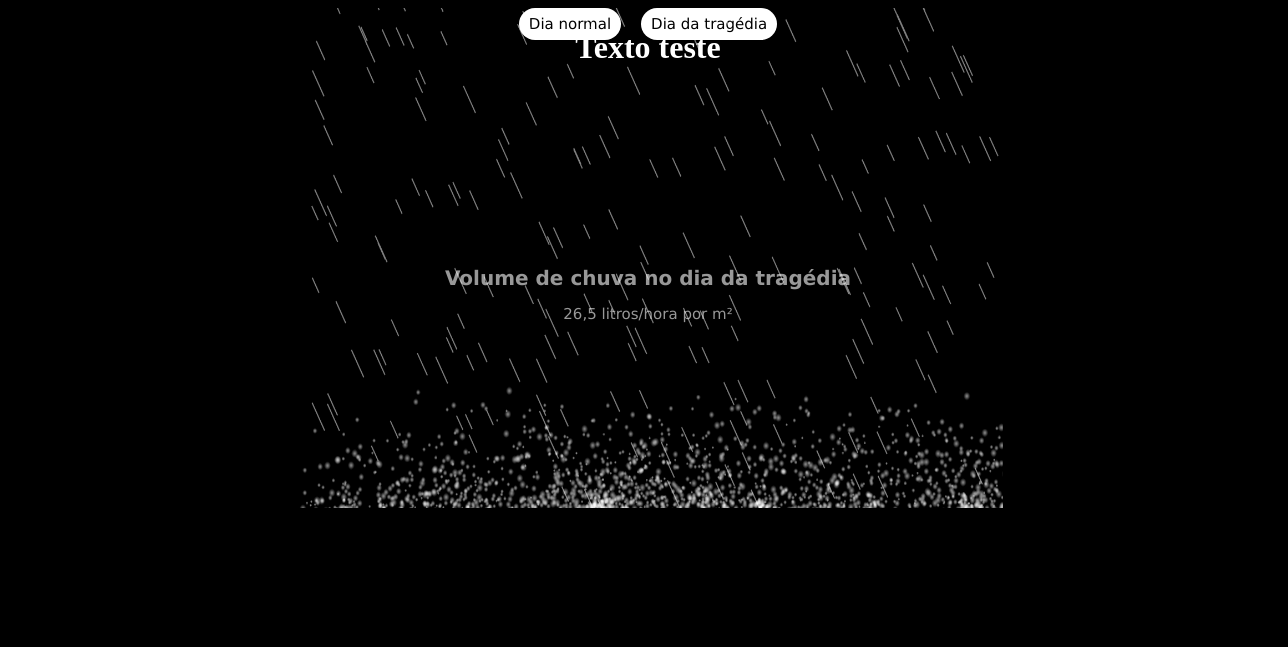
Repository: lucasthaynan/chuvas-estadao
Page: index.html
The author's editor kept a copy of each file at every save. The page is drawn from the files as they stood at one save, then again after the next save.
The browser window is 1280 px wide. The page is 1288 px wide, so the pictures cover 1288 px, including what lies to the right of the window. The pictures show the whole page.

Above is the page before, as saved 2023-02-24 10:55:44.
Console error: ReferenceError: dat is not defined

### index.html
<!DOCTYPE html>
<html lang="en">
<head>
    <meta charset="UTF-8">
    <meta http-equiv="X-UA-Compatible" content="IE=edge">
    <meta name="viewport" content="width=device-width, initial-scale=1.0">
    <link rel="stylesheet" href="./style.css">
    <title>Document</title>
</head>
<body>



    <div id="instructions"></div>
        <div>
            <h1>Texto teste</h1>
            <div class="btns">
                <div class="btn-nornal">
                    <p>Dia normal</p>
                </div>
                <div class="btn-tragedia">
                    <p>Dia da tragédia</p>
                </div>
            </div>
        </div>
        <canvas id="canvas">Canvas is not supported in your browser

        </canvas>

    <div class="text">
        <p>Volume de chuva no dia da tragédia</p>
        <p class="desc">26,5 litros/hora por m²</p>
    </div>


    <script src="./main.js"></script>
</body>
</html>

### style.css
/* html {
	position: absolute;
	width: 100%;
	height: 100%;
} */

body {
    background: -moz-linear-gradient(top,  rgb(0, 0, 0) 0%, rgb(0, 0, 0) 100%); /* FF3.6-15 */
    background: linear-gradient(to bottom,  rgb(0, 0, 0) 0%,rgba(0, 0, 0, 0.93) 100%);
    background: -webkit-linear-gradient(top,  rgb(0, 0, 0) 0%,rgb(0, 0, 0) 100%); /* Chrome10-25,Safari5.1-6 */
    /* background: linear-gradient(to bottom,  rgba(8,13,40,1) 0%,rgba(38,19,0,1) 100%); W3C, IE10+, FF16+, Chrome26+, Opera12+, Safari7+ */

    display: flex;
    flex-direction: column;

    width: 710px;
    height: 500px;

    position: relative;
    width: 100%;

}

canvas {
    width: 710px;
    height: 500px;

    left: 50%;

    position: absolute;
    transform: translateX(-50%);

}

#instructions {
	opacity: 1;
	transition: opacity 2s;
	background-repeat: no-repeat;
	background-position: center center;
	background-size: contain;
	/* background-image: url(data:[embedded picture, 1818 characters]);
	 */

    width: 710px;
    height: 500px;

    left: 50%;

    position: absolute;
    transform: translateX(-50%);

	@media (max-height: 400px) {
		display: none;
	}


}


.text {
    display: flex;
    justify-content: center;
    width: 100vw;
    height: 100%;
    /* align-content: center; */
    align-items: center;
    flex-direction: column;
    flex-wrap: nowrap;
    gap: 15px;
}

p {
    margin: 0;
    font-weight: 800;
    color: #989898;
    font-size: 20px;
    font-family:'Lucida Sans', 'Lucida Sans Regular', 'Lucida Grande', 'Lucida Sans Unicode', Geneva, Verdana, sans-serif;
}

p.desc {
    font-size: 15px;
    font-weight: 500;
}

div.btns {
    display: flex;
    flex-direction: row;
    align-items: center;
    justify-content: center;
    gap: 20px;
    padding-bottom: 40px;
}

div.btns > div {
    background-color: #ffffff;
    padding: 7px 10px;
    border-radius: 999px;
}

div.btns > div p {
    font-size: 15px;
    font-weight: 400;
    color: #000000;
}

h1 {
    color: #ffffff;
    left: 50%;

    position: absolute;
    transform: translateX(-50%);
}

### main.js
// Falling rain simulation using 2D canvas
// - vanilla JS, no frameworks
// - framerate independent physics
// - slow-mo / fast-forward support via demo.speed
// - supports high-DPI screens
// - falling rain particles are drawn as vector lines
// - splash particles are lazily pre-rendered so gradients aren't computed each frame
// - all particles make use of object pooling to further boost performance

// initialize
document.addEventListener("DOMContentLoaded", function() {
	demo.init();
	window.addEventListener('resize', demo.resize);
});

// demo namespace
var demo = {
	// CUSTOMIZABLE PROPERTIES
	// - physics speed multiplier: allows slowing down or speeding up simulation
	speed: 1,
	// - color of particles
	color: {
		r: '255',
		g: '255',
		b: '255',
		a: '0.5'
	},

	// END CUSTOMIZATION
	// whether demo is running
	started: false,
	// canvas and associated context references
	canvas: null,
	ctx: null,
	// viewport dimensions (DIPs)
	width: 0,
	height: 0,
	// devicePixelRatio alias (should only be used for rendering, physics shouldn't care)
	dpr: window.devicePixelRatio || 1,
	// time since last drop
	drop_time: 0,
	// ideal time between drops (changed with mouse/finger)
    drop_delay: 2.5,
	// drop_delay: 156,
	// wind applied to rain (changed with mouse/finger)
    wind: 15,
	// wind: 5,
	// color of rain (set in init)
	rain_color: null,
	rain_color_clear: null,
	// rain particles
	rain: [],
	rain_pool: [],
	// rain droplet (splash) particles
	drops: [],
	drop_pool: []
};

// demo initialization (should only run once)
demo.init = function() {
	if (!demo.started) {
		demo.started = true;
		demo.canvas = document.getElementById('canvas');
		demo.ctx = demo.canvas.getContext('2d');
		var c = demo.color;
		demo.rain_color = 'rgba(' + c.r + ',' + c.g + ',' + c.b + ',' + c.a + ')';
		demo.rain_color_clear = 'rgba(' + c.r + ',' + c.g + ',' + c.b + ',0)';
		demo.resize();
		Ticker.addListener(demo.step);

		//
		const gui = new dat.GUI();
		gui.add(demo, 'speed', 0.2, 2);

		// fade out instructions after a few seconds
		var instructions = document.getElementById('instructions');
		setTimeout(function() {
			instructions.style.opacity = 0;
			setTimeout(function(){
				instructions.parentNode.removeChild(instructions);
			}, 2000);
		}, 4000);
	}
}

// (re)size canvas (clears all particles)
demo.resize = function() {
	// localize common references
	var rain = demo.rain;
	var drops = demo.drops;
	// recycle particles
	for (var i = rain.length - 1; i >= 0; i--) {
			rain.pop().recycle();
	}
	for (var i = drops.length - 1; i >= 0; i--) {
			drops.pop().recycle();
	}
	// resize
	demo.width = window.innerWidth;
	demo.height = window.innerHeight;
	demo.canvas.width = demo.width * demo.dpr;
	demo.canvas.height = demo.height * demo.dpr;
}

demo.step = function(time, lag) {
	// localize common references
	var demo = window.demo;
	var speed = demo.speed;
	var width = demo.width;
	var height = demo.height;
	var wind = demo.wind;
	var rain = demo.rain;
	var rain_pool = demo.rain_pool;
	var drops = demo.drops;
	var drop_pool = demo.drop_pool;

	// multiplier for physics
	var multiplier = speed * lag;

	// spawn drops
	demo.drop_time += time * speed;
	while (demo.drop_time > demo.drop_delay) {
		demo.drop_time -= demo.drop_delay;
		var new_rain = rain_pool.pop() || new Rain();
		new_rain.init();
		var wind_expand = Math.abs(height / new_rain.speed * wind); // expand spawn width as wind increases
		var spawn_x = Math.random() * (width + wind_expand);
		if (wind > 0) spawn_x -= wind_expand;
		new_rain.x = spawn_x;
		rain.push(new_rain);
	}

	// rain physics
	for (var i = rain.length - 1; i >= 0; i--) {
		var r = rain[i];
		r.y += r.speed * r.z * multiplier;
		r.x += r.z * wind * multiplier;
		// remove rain when out of view
		if (r.y > height) {
			// if rain reached bottom of view, show a splash
			r.splash();
		}
		// recycle rain
		if (r.y > height + Rain.height * r.z || (wind < 0 && r.x < wind) || (wind > 0 && r.x > width + wind)) {
			r.recycle();
			rain.splice(i, 1);
		}
	}

	// splash drop physics
	var drop_max_speed = Drop.max_speed;
	for (var i = drops.length - 1; i >= 0; i--) {
		var d = drops[i];
		d.x += d.speed_x * multiplier;
		d.y += d.speed_y * multiplier;
		// apply gravity - magic number 0.3 represents a faked gravity constant
		d.speed_y += 0.3 * multiplier;
		// apply wind (but scale back the force)
		d.speed_x += wind / 25 * multiplier;
		if (d.speed_x < -drop_max_speed) {
			d.speed_x = -drop_max_speed;
		}else if (d.speed_x > drop_max_speed) {
			d.speed_x = drop_max_speed;
		}
		// recycle
		if (d.y > height + d.radius) {
			d.recycle();
			drops.splice(i, 1);
		}
	}

	demo.draw();
}

demo.draw = function() {
	// localize common references
	var demo = window.demo;
	var width = demo.width;
	var height = demo.height;
	var dpr = demo.dpr;
	var rain = demo.rain;
	var drops = demo.drops;
	var ctx = demo.ctx;

	// start fresh
	ctx.clearRect(0, 0, width*dpr, height*dpr);

	// draw rain (trace all paths first, then stroke once)
	ctx.beginPath();
	var rain_height = Rain.height * dpr;
	for (var i = rain.length - 1; i >= 0; i--) {
		var r = rain[i];
		var real_x = r.x * dpr;
		var real_y = r.y * dpr;
		ctx.moveTo(real_x, real_y);
		// magic number 1.5 compensates for lack of trig in drawing angled rain
		ctx.lineTo(real_x - demo.wind * r.z * dpr * 1.5, real_y - rain_height * r.z);
	}
	ctx.lineWidth = Rain.width * dpr;
	ctx.strokeStyle = demo.rain_color;
	ctx.stroke();

	// draw splash drops (just copy pre-rendered canvas)
	for (var i = drops.length - 1; i >= 0; i--) {
		var d = drops[i];
		var real_x = d.x * dpr - d.radius;
		var real_y = d.y * dpr - d.radius;
		ctx.drawImage(d.canvas, real_x, real_y);
	}
}


// Rain definition
function Rain() {
	this.x = 0;
	this.y = 0;
	this.z = 0;
	this.speed = 25;
	this.splashed = false;
}
Rain.width = 2;

// TAMANHO DAS GOSTAS DE CHUVA - 40 = PADRAO
Rain.height = 40;
Rain.prototype.init = function() {
	this.y = Math.random() * -100;

    // VELOCIDADE DE QUEDA DA CHUVA - 0.5 + 0.5 = PADRAO
	this.z = Math.random() * 0.5 + 0.5;
	this.splashed = false;
}
Rain.prototype.recycle = function() {
	demo.rain_pool.push(this);
}
// recycle rain particle and create a burst of droplets
Rain.prototype.splash = function() {
	if (!this.splashed) {
		this.splashed = true;
		var drops = demo.drops;
		var drop_pool = demo.drop_pool;

		for (var i=0; i<16; i++) {
			var drop = drop_pool.pop() || new Drop();
			drops.push(drop);
			drop.init(this.x);
		}
	}
}


// Droplet definition
function Drop() {
	this.x = 0;
	this.y = 0;
	this.radius = Math.round(Math.random() * 4 + 2) * demo.dpr;
	this.speed_x = 0;
	this.speed_y = 0;
	this.canvas = document.createElement('canvas');
	this.ctx = this.canvas.getContext('2d');

	// render once and cache
	var diameter = this.radius * 2;
	this.canvas.width = diameter;
	this.canvas.height = diameter;

	var grd = this.ctx.createRadialGradient(this.radius, this.radius , 1, this.radius, this.radius, this.radius);
	grd.addColorStop(0, demo.rain_color);
	grd.addColorStop(1, demo.rain_color_clear);
	this.ctx.fillStyle = grd;
	this.ctx.fillRect(0, 0, diameter, diameter);
}

// DISPERCAO DOS PINGOS NO CHAO
Drop.max_speed = 10;

Drop.prototype.init = function(x) {
	this.x = x;
	this.y = demo.height;
	var angle = Math.random() * Math.PI - (Math.PI * 0.5);
	var speed = Math.random() * Drop.max_speed;
	this.speed_x = Math.sin(angle) * speed;
	this.speed_y = -Math.cos(angle) * speed;
}
Drop.prototype.recycle = function() {
	demo.drop_pool.push(this);
}




// handle interaction
demo.mouseHandler = function(evt) {
	demo.updateCursor(evt.clientX, evt.clientY);
}
demo.touchHandler = function(evt) {
	evt.preventDefault();
	var touch = evt.touches[0];
	demo.updateCursor(touch.clientX, touch.clientY);
}
demo.updateCursor = function(x, y) {
	x /= demo.width;
	y /= demo.height;
	var y_inverse = (1 - y);

	demo.drop_delay = y_inverse*y_inverse*y_inverse * 100 + 2;
	demo.wind = (x - 0.5) * 50;
}

// document.addEventListener('mousemove', demo.mouseHandler);
// document.addEventListener('touchstart', demo.touchHandler);
// document.addEventListener('touchmove', demo.touchHandler);



// Frame ticker helper module
var Ticker = (function(){
	var PUBLIC_API = {};

	// public
	// will call function reference repeatedly once registered, passing elapsed time and a lag multiplier as parameters
	PUBLIC_API.addListener = function addListener(fn) {
		if (typeof fn !== 'function') throw('Ticker.addListener() requires a function reference passed in.');

		listeners.push(fn);

		// start frame-loop lazily
		if (!started) {
			started = true;
			queueFrame();
		}
	};

	// private
	var started = false;
	var last_timestamp = 0;
	var listeners = [];
	// queue up a new frame (calls frameHandler)
	function queueFrame() {
		if (window.requestAnimationFrame) {
			requestAnimationFrame(frameHandler);
		} else {
			webkitRequestAnimationFrame(frameHandler);
		}
	}
	function frameHandler(timestamp) {
		var frame_time = timestamp - last_timestamp;
		last_timestamp = timestamp;
		// make sure negative time isn't reported (first frame can be whacky)
		if (frame_time < 0) {
			frame_time = 17;
		}
		// - cap minimum framerate to 15fps[~68ms] (assuming 60fps[~17ms] as 'normal')
		else if (frame_time > 68) {
			frame_time = 68;
		}

		// fire custom listeners
		for (var i = 0, len = listeners.length; i < len; i++) {
			listeners[i].call(window, frame_time, frame_time / 16.67);
		}

		// always queue another frame
		queueFrame();
	}

	return PUBLIC_API;
}());

After the next save:
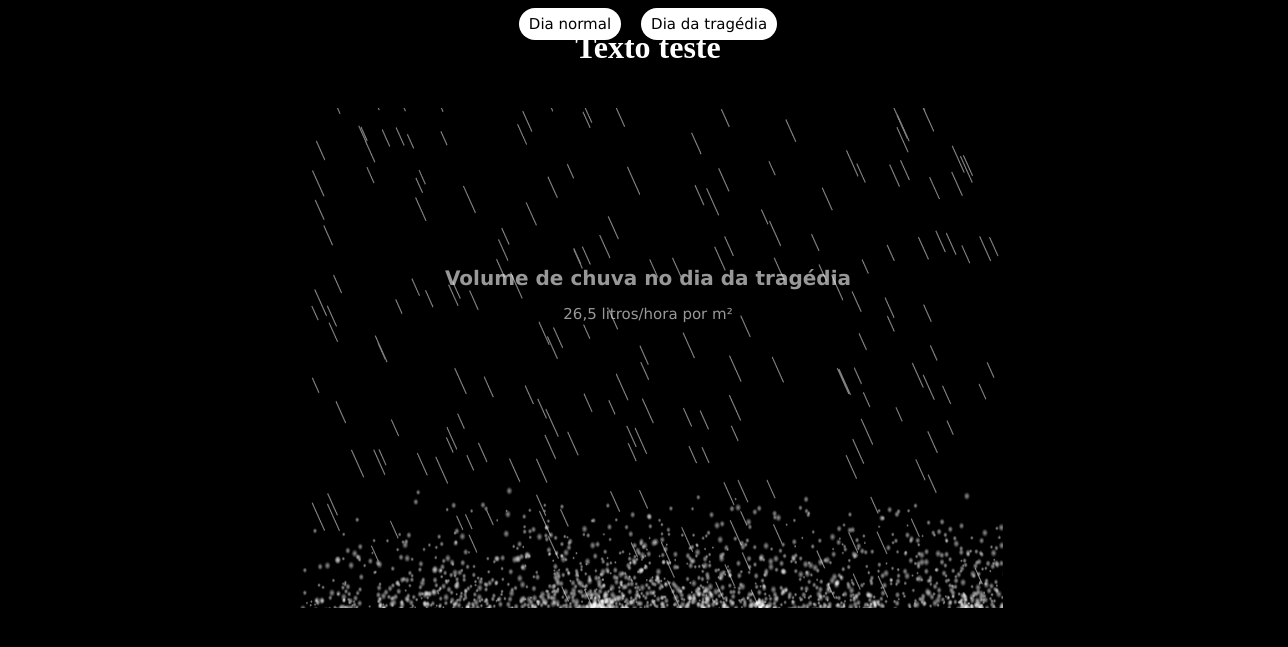
Saved 37 s later.
--- a/style.css
+++ b/style.css
@@ -29,6 +29,8 @@ canvas {
 
     position: absolute;
     transform: translateX(-50%);
+
+    margin-top: 100px;
 
 }
 
